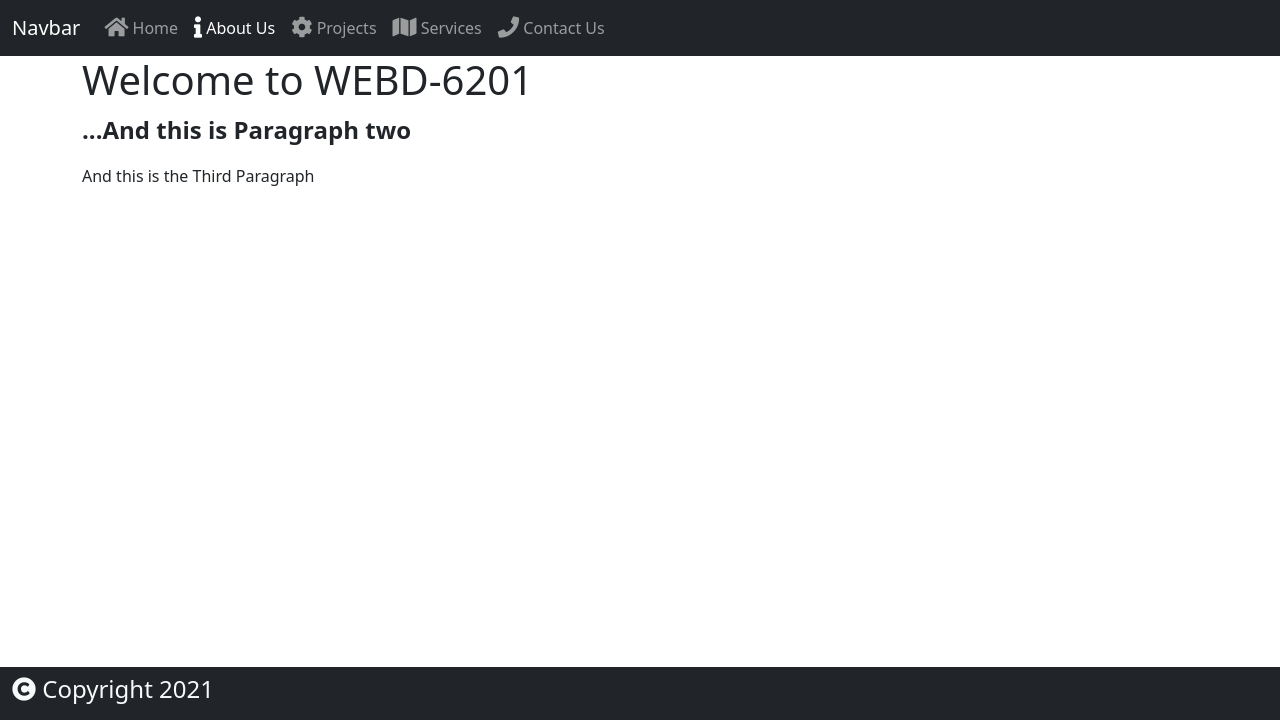
Repository: CKM206/WEBD6201-W2021---ICE1
Page: about.html
The author's editor kept a copy of each file at every save. The page is drawn from the files as they stood at one save, then again after the next save.
The browser window is 1280 px wide. The pictures show the whole page.

Above is the page before, as saved 2021-01-21 08:49:58.

### about.html
<!DOCTYPE html>
<html lang="en">
<head>
    <meta charset="UTF-8">
    <meta name="viewport" content="width=device-width, initial-scale=1.0">
    <title>About</title>
    <!-- CSS Section -->
    <!-- Inject Bootstrap first, always-->
    <link rel="stylesheet"
    href="./node_modules/bootstrap/dist/css/bootstrap.min.css">
    <!-- Now inject Icon Fonts using Font Awesome-->
    <link rel="stylesheet"
    href="./node_modules/@fortawesome/fontawesome-free/css/all.min.css">
    <!-- Now inject our custom css-->
    <link rel="stylesheet" href="./Content/app.css">
</head>
<body>
    <!-- Main Header -->
    <header>
      <!-- Main Navigation -->
        <nav class="navbar navbar-expand-lg navbar-dark bg-dark">
            <div class="container-fluid">
              <a class="navbar-brand" href="index.html">Navbar</a>
              <button class="navbar-toggler" type="button" data-bs-toggle="collapse" data-bs-target="#navbarSupportedContent" aria-controls="navbarSupportedContent" aria-expanded="false" aria-label="Toggle navigation">
                <span class="navbar-toggler-icon"></span>
              </button>
              <div class="collapse navbar-collapse" id="navbarSupportedContent">
                <ul class="navbar-nav me-auto mb-2 mb-lg-0">
                  <li class="nav-item">
                    <a class="nav-link" aria-current="page" href="index.html"><i class="fas fa-home fa-lg"></i> Home</a>
                  </li>
                  <li class="nav-item">
                    <a class="nav-link active" aria-current="page" href="about.html"><i class="fas fa-info fa-lg"></i> About Us</a>
                  </li>
                  <li class="nav-item">
                    <a class="nav-link" aria-current="page" href="projects.html"><i class="fas fa-cog fa-lg"></i> Projects</a>
                  </li>
                  <li class="nav-item">
                    <a class="nav-link" aria-current="page" href="services.html"><i class="fas fa-map fa-lg"></i> Services</a>
                  </li>
                  <li class="nav-item">
                    <a class="nav-link" aria-current="page" href="contacts.html"><i class="fas fa-phone fa-lg"></i> Contact Us</a>
                  </li>
                </ul>
              </div>
            </div>
          </nav>
    </header>
    <!-- Main Content -->
    <main class="container">
        <h1>Welcome to WEBD-6201</h1>
        <p id="paragraphOne"></p>
    </main>

    <!-- Footer Section -->
    <footer>
        <nav class="navbar fixed-bottom navbar-dark bg-dark">
            <div class="container-fluid">
              <h4 class="text-light"><i class="fas fa-copyright text-light"></i> Copyright 2021</h4>
            </div>
          </nav>
    </footer>

    <!--Script Section-->
    <script src="./node_modules/jquery/dist/jquery.min.js"></script>
    <script src="./node_modules/bootstrap/dist/js/bootstrap.bundle.min.js"></script>
    <script src="./Scripts/app.js"></script>
</body>
</html>

### Content/app.css
/* Custom CSS Here */

### Scripts/app.js
/* Custom Javascript Here */
"use strict";   // Indicate that the code should be executed in "strict mode".

// IIFE - Immediately Invoked Function Expression (Anonymous Self-Executing Function)
//-Acts as a Closure, Limits Scope Leak
(function()
{
    function Start()
    {
        console.log("App Started...");

        // This shows different ways of accessing an element; @see index.html <p> on line 51
        //-Each has its own use and solves different problems
        let paragraphOneText = "This is a simple site to demonstrate DOM Manipulation for ICE 1.";
        let paragraphOneElement = document.getElementById("paragraphOne");

        // let aParagraph = document.getElementsByTagName("p")[0];
        // let allParagraphs = document.getElementsByTagName("p");
        // let paragraphOneQuery = document.querySelector("p");
        // let paragraphOneQuerys = document.querySelectorAll("p");

        // Print each variable to the console, see how each one "points" to the same <p> element
        // console.log(paragraphOneElement);
        // console.log(aParagraph);
        // console.log(allParagraphs[0]);
        // console.log(paragraphOneQuery);
        // console.log(paragraphOneQuerys);

        // Assigning values to the textContent of the element we have a reference to
        paragraphOneElement.textContent = paragraphOneText;

        /* We can change the style as well..
          For the most part its best to use css sheets, but this can be useful when attempting
          dynamic effects on the webpage
        */
        //paragraphOneElement.style = "color: blue;";

        /* We can change the class of an element as well...
        * This is probably a better way of assigning css to elements (As compared to above)
        */
        //paragraphOneElement.className = "fs-4 fw-bold";


        // Injecting a new element
        let newParagraph = document.createElement("p");             // Create the Element
        newParagraph.setAttribute("id","paragraphTwo");             // Configure the Element
        newParagraph.textContent = "...And this is Paragraph two"   //--
        let mainContent = document.getElementsByTagName("main")[0]; // Get a reference to the Main Element
        mainContent.appendChild(newParagraph);                      // Append the new Element as a child of main

        // We can still make alterations to this element
        newParagraph.className = "fs-4 fw-bold";

        // Another way of injecting a new Element through Javascript
        let paragraphThree = '<p class ="fs-6">And this is the Third Paragraph</p>';    // Create the Element

        // Notice that this doesnt work, it is assigned as text verbatim, and erases all other content in main
        //mainContent.textContent = paragraphThree;

        let paragraphDiv = document.createElement('div');
        // Converting and Injecting the paragraph, it still erases all other content
        paragraphDiv.innerHTML = paragraphThree;

       // Insertions
       //-Example of insering before a node
       //newparagraph.before(paragraphDiv);

       // Inserting after a node
       newParagraph.after(paragraphDiv);

       // deletions

       //-Removing a single element
       //paragraphOneElement.remove();

       //-Removing a child element
       mainContent.removeChild(paragraphOneElement);

       // Updating & Modification
       //-Targetted Modifcation
       //mainContent.firstElementChild.textContent = "Welcome Home";

       // Bulk modififying mainContent
       //mainContent.innerHTML =
       //'<h1 id="firstHeading">Welcome to WEBD6201 - Lab 1</h1>' +
       //'<p id="paragraphOne" class="fs-3 fw-bold">A new First Paragraph</p>';



    }

    window.addEventListener("load", Start);
})();

Loaded but not shown: node_modules/bootstrap/dist/css/bootstrap.min.css (library); node_modules/@fortawesome/fontawesome-free/css/all.min.css (library); node_modules/jquery/dist/jquery.min.js (library); node_modules/bootstrap/dist/js/bootstrap.bundle.min.js (library)

After the next save:
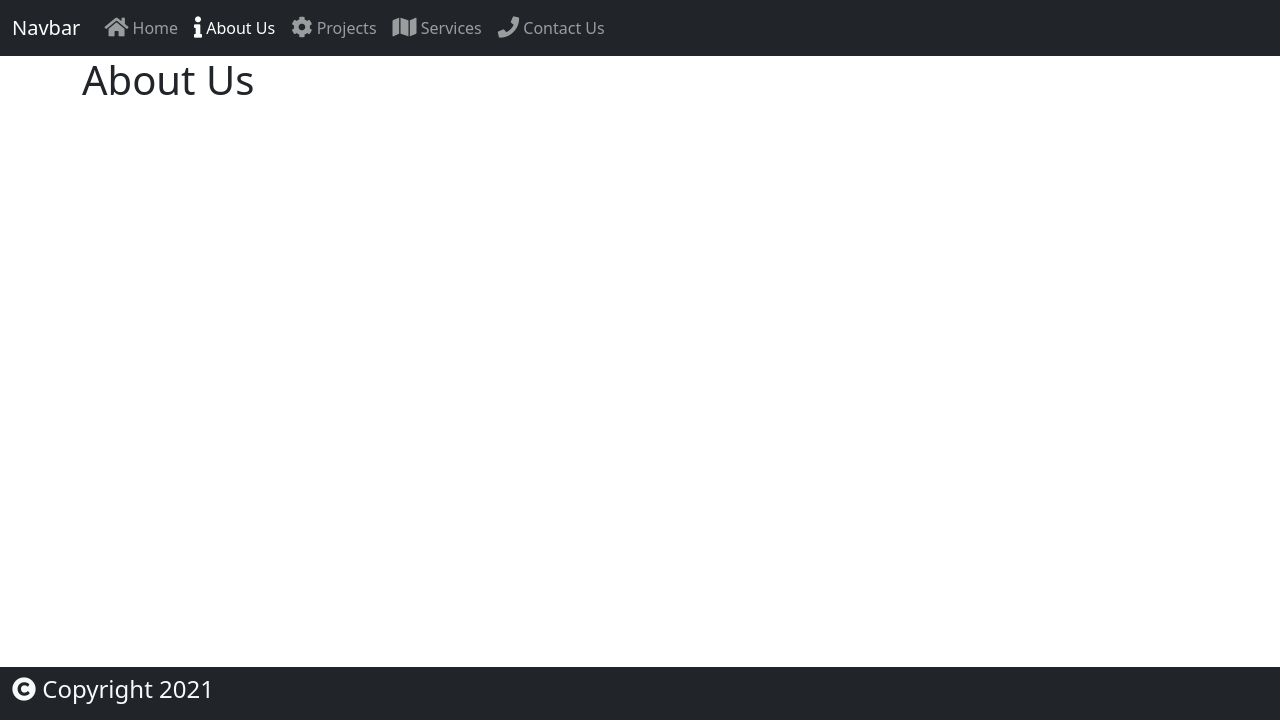
Console error: TypeError: Cannot set properties of null (setting 'textContent')
Saved 9 s later.
--- a/about.html
+++ b/about.html
@@ -48,8 +48,7 @@
     </header>
     <!-- Main Content -->
     <main class="container">
-        <h1>Welcome to WEBD-6201</h1>
-        <p id="paragraphOne"></p>
+        <h1>About Us</h1>
     </main>
 
     <!-- Footer Section -->
